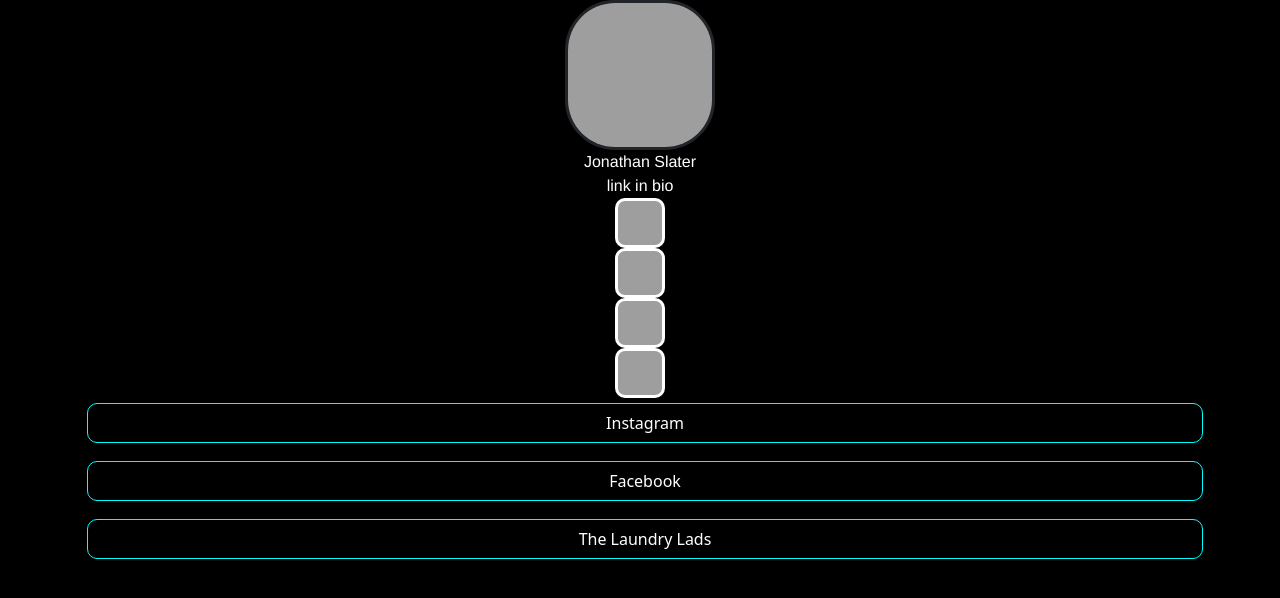
Repository: jontslater/LAB-link-in-bio
Page: index.html
These files come from the project's save history. The page is drawn as it stood at one moment and after the next save; the edit follows.
The browser window is 1280 px wide. The pictures show the whole page.
Pictures or frames that could not be fetched are drawn as grey boxes.

Above is the page before, as saved 2023-10-15 15:10:35.

### index.html
<!DOCTYPE html>
<html lang="en">
<head>
  <meta charset="UTF-8">
  <meta name="viewport" content="width=device-width, initial-scale=1.0">
  <title>linkinbio</title>
    <link href="https://cdn.jsdelivr.net/npm/bootstrap@5.1.3/dist/css/bootstrap.min.css" rel="stylesheet" integrity="sha384-1BmE4kWBq78iYhFldvKuhfTAU6auU8tT94WrHftjDbrCEXSU1oBoqyl2QvZ6jIW3" crossorigin="anonymous">
   <script src="main.js"></script>
  <link rel="stylesheet" href="main.css">

</head>
<body>

<div class="container">



  <img src="https://images.squarespace-cdn.com/content/v1/5b4d6d0b4cde7aa9fbec4fba/1537653096550-J9E52XLPZITJTOB32UZU/DSC03367.jpg?format=1000w"
  width="150";
  height="150";
  alt="alternatetext" class="photo">

<div class="Jon">Jonathan Slater</div>
<div class="Jon">link in bio</div>

<img src="https://www.freepnglogos.com/elon-musk-twitter-rebrand-x-logo-2.png" alt="alternatetext" class="social">
<img src="https://upload.wikimedia.org/wikipedia/commons/thumb/8/8b/YouTube_dark_icon_%282017%29.svg/2560px-YouTube_dark_icon_%282017%29.svg.png" alt="alternatetext" class="social">
<img src="https://image.similarpng.com/very-thumbnail/2020/06/Black-icon-Instagram-logo-transparent-PNG.png" alt="alternatetext" class="social">
<img src="https://cdn.icon-icons.com/icons2/2428/PNG/512/linkedin_black_logo_icon_147114.png" alt="alternatetext" class="social">

<div class="d-grid gap-2">
    <button class="buttons" type="button">Instagram</button>
    <button class="buttons" type="button">Facebook</button>
    <button class="buttons" type="button">The Laundry Lads</button>
  </div>


  <script src="https://cdn.jsdelivr.net/npm/bootstrap@5.1.3/dist/js/bootstrap.bundle.min.js" integrity="sha384-ka7Sk0Gln4gmtz2MlQnikT1wXgYsOg+OMhuP+IlRH9sENBO0LRn5q+8nbTov4+1p" crossorigin="anonymous"></script>
</div>
</body>
</html>

### main.js
console.log("This is a bio");

### main.css
body{
  background-color: black;
}

.buttons{
  background-color:black;
  border-style: solid;
  border-color: aqua;
  border-width: thin;
  color:white;
  width: 100%;
  height: 40px;
  margin: 5px;
  border-radius: 10px;
}

.container{
  margin:auto;
  width: 200;
  justify-content: center;

}

.Jon{
  color:white;
  text-align: center;
  margin: auto;
  font-style: normal sans-serif;
  font-family: 'Franklin Gothic Medium', 'Arial Narrow', Arial, sans-serif;
}

.photo{
  display: block;
  margin-left: auto;
  margin-right: auto;
  border-style: solid;
  border-radius: 50px
}

.social{
  height: 90px;
  width: 90px;
  background-color:white;
  color:white;
  width:  50px;
  height: 50px;
  border-radius: 10px;
  border-style: solid;
  display: block;
  margin: auto;
}

After the next save:
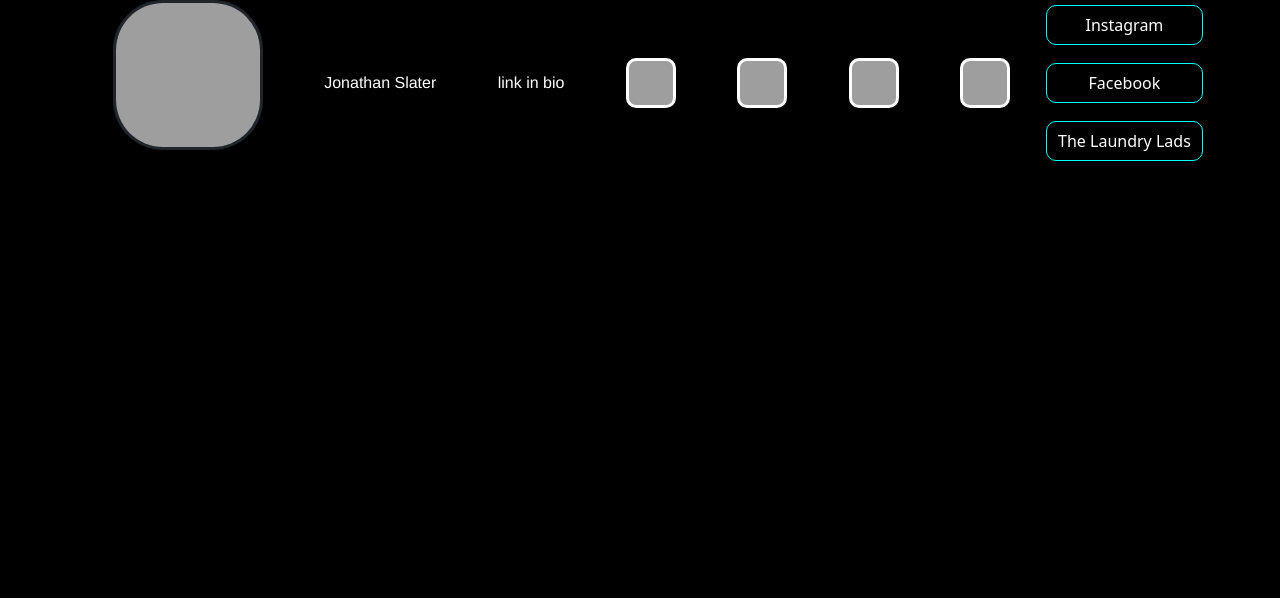
Saved 11 s later.
--- a/main.css
+++ b/main.css
@@ -17,7 +17,7 @@
 .container{
   margin:auto;
   width: 200;
-  justify-content: center;
+  display: flex;
 
 }
 

After the 2 saves that followed:
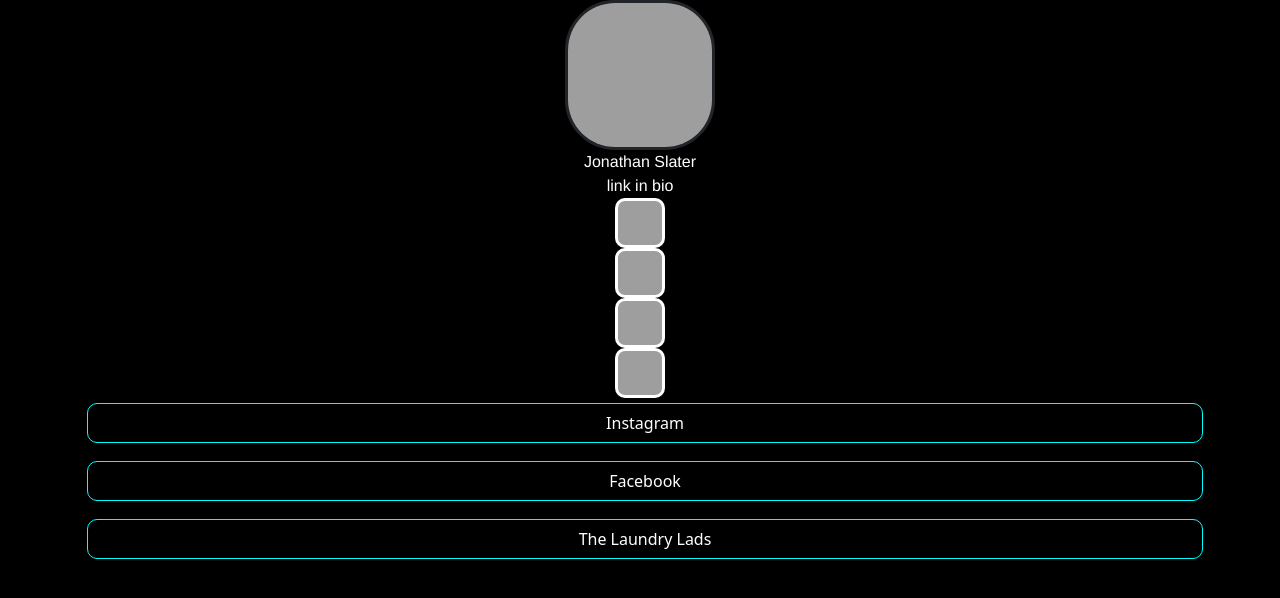
The 2 saves are shown as one change because 1 left the picture as it was.
The last was saved 12 s later.
--- a/main.css
+++ b/main.css
@@ -17,7 +17,6 @@
 .container{
   margin:auto;
   width: 200;
-  display: flex;
 
 }
 
